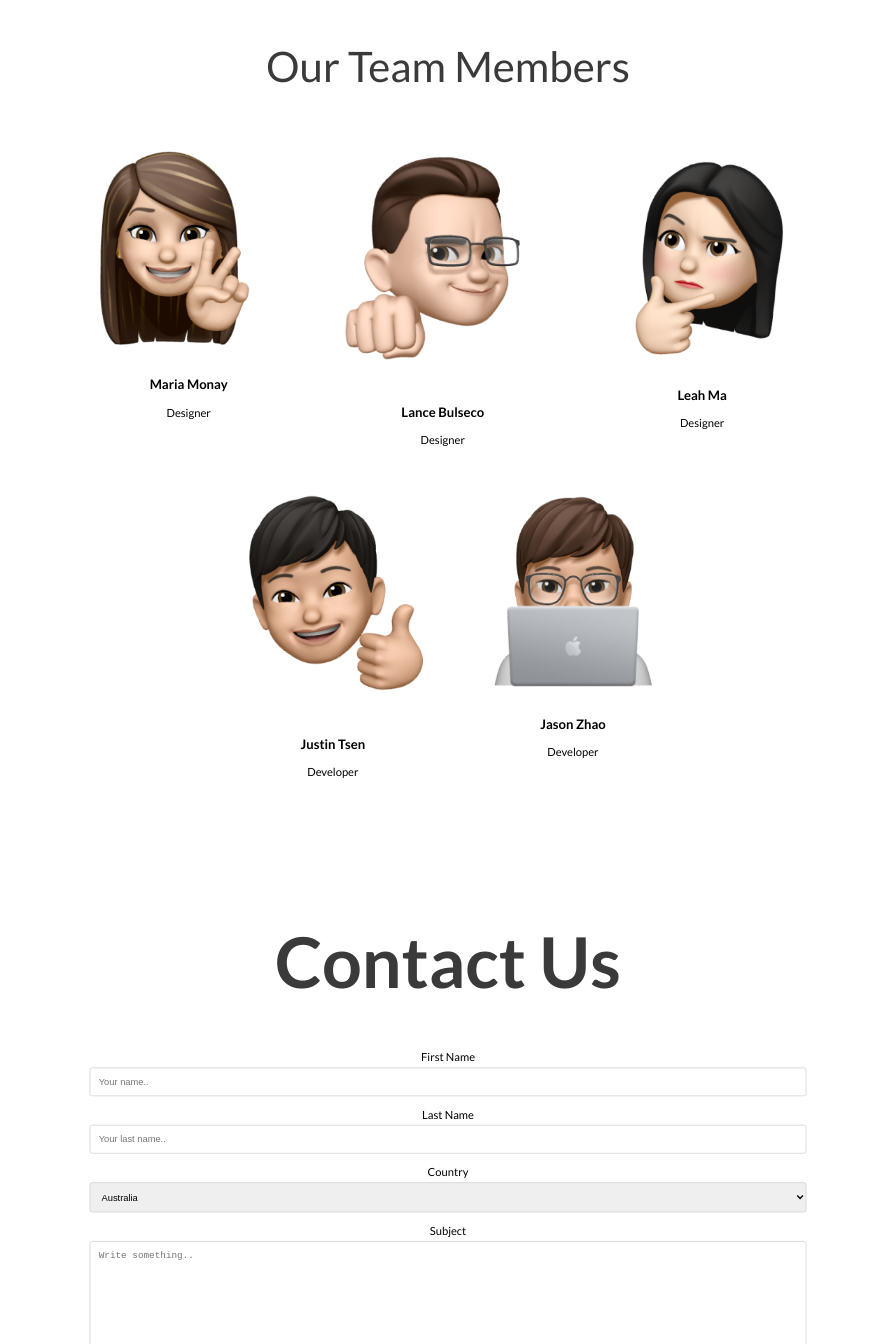
Repository: leahma1208/dinemaster
Page: index.html
The author's editor kept a copy of each file at every save. The page is drawn from the files as they stood at one save, then again after the next save.
The browser window is 1280 px wide. The pictures show the part of the page from y = 4580 to 6500 px (the page is 6835 px tall before and 7735 px after), at 70% of full size.
A picture or video elsewhere on the page could not be fetched, so the positions and the page height are approximate.

Above is the page before, as saved 2021-05-07 13:01:26.

After the next save:
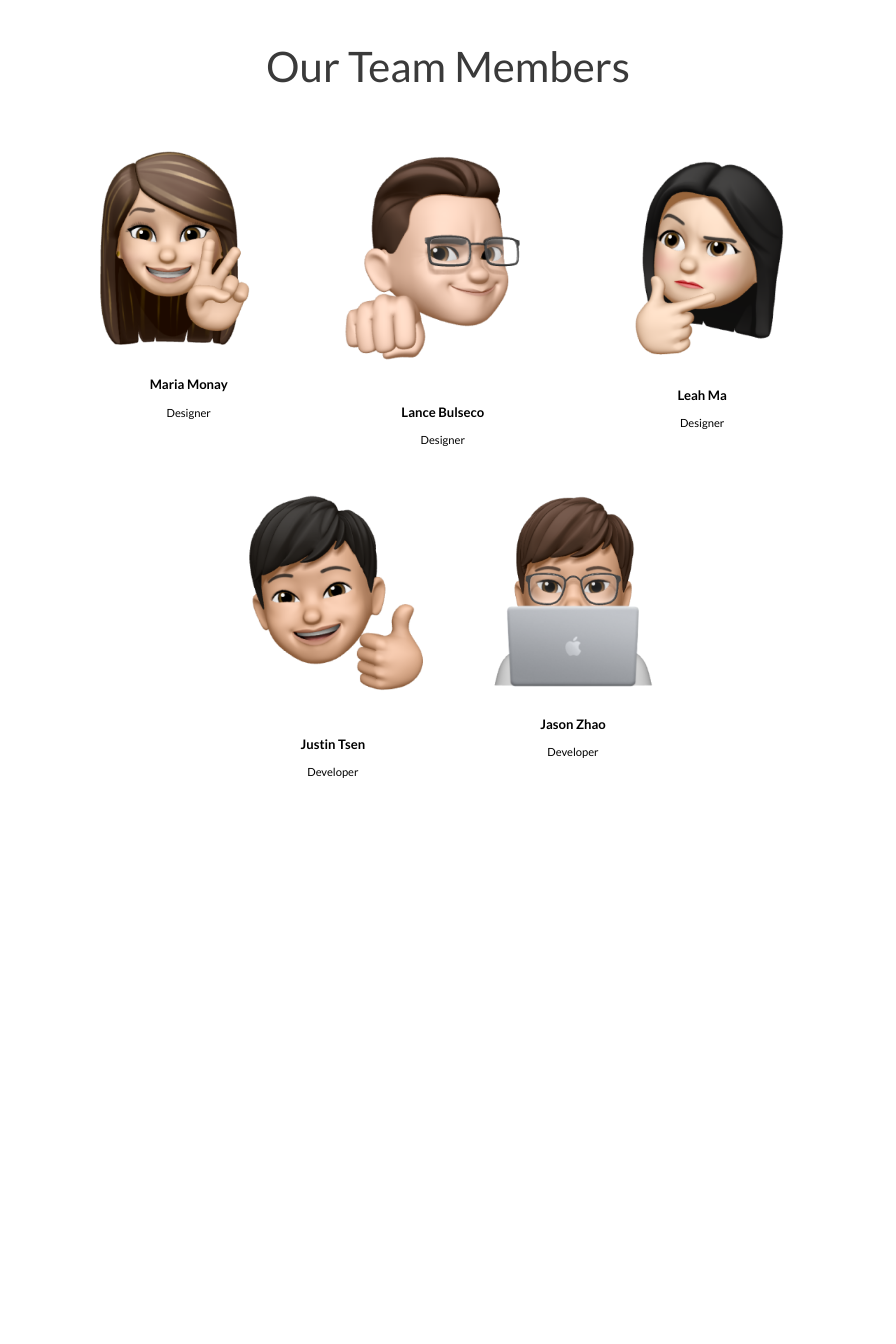
Saved 4 s later.
--- a/style.css
+++ b/style.css
@@ -166,7 +166,7 @@
 .contact-cont {
   width: 80vw;
   margin: auto;
-  margin-top: 100px;
+  margin-top: 1000px;
   margin-bottom: 100px;
 }
 input[type="text"],
